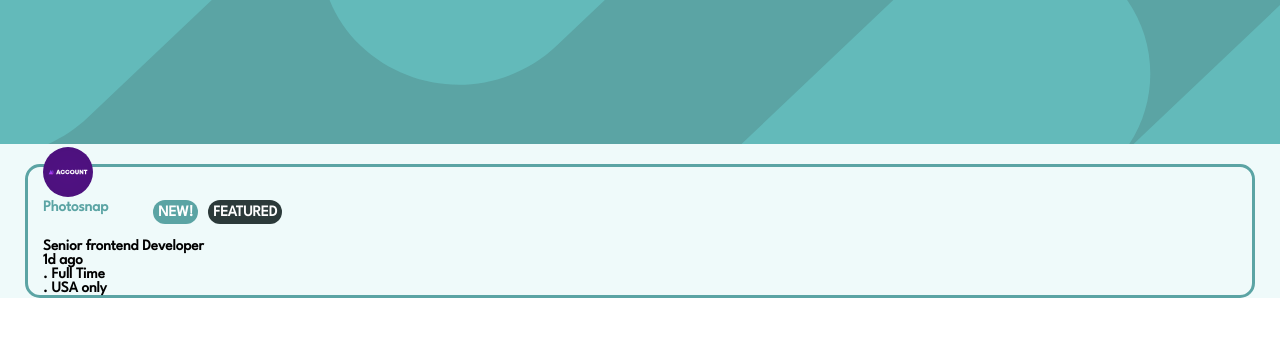
Repository: DevLaukey/job-listing
Page: /
These files come from the project's save history. The page is drawn as it stood at one moment and after the next save; the edit follows.
The browser window is 1280 px wide. The pictures show the whole page.
Some web fonts or font styles are not loaded; a fallback is used. The project was rebuilt for these pictures with package versions that can differ from the ones it lists, and the page was loaded fresh each time.

Above is the page before, as saved 2022-06-02 16:38:58.

After the next save:
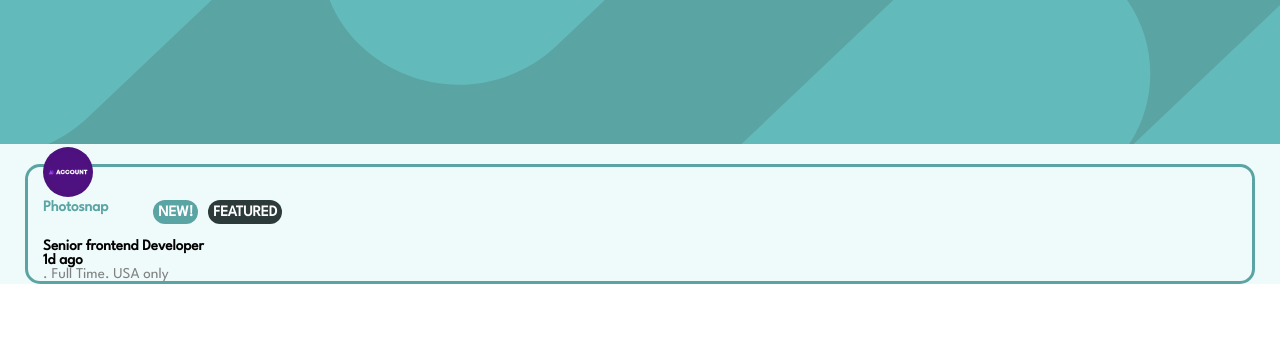
Saved 12 s later.
--- a/src/components/Tablet.js
+++ b/src/components/Tablet.js
@@ -25,12 +25,11 @@
           <p>Senior frontend Developer</p>
         </div>
         <div className="details">
-                  <p>1d ago</p>
-                  <div className="list">
-
-                  </div>
-          <p>. Full Time</p>
-          <p>. USA only</p>
+          <p>1d ago</p>
+          <div className="list">
+            <p>. Full Time</p>
+            <p>. USA only</p>
+          </div>
         </div>
       </div>
     </div>
